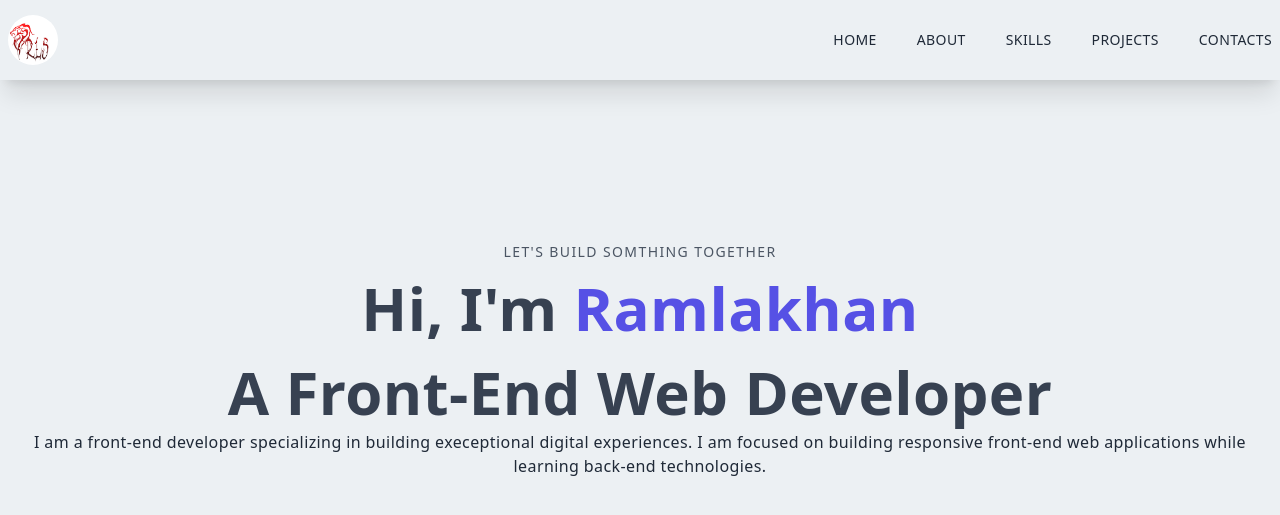
Repository: ram2642/portfolio-using-next-js
Page: /
An editor plug-in stored every save of this project. The page is shown before and after a run of saves, followed by the edit.
The browser window is 1280 px wide. The pictures show the whole page.
The project was rebuilt for these pictures with package versions that can differ from the ones it lists, and the page was loaded fresh each time. The framework's server and built-in components were replaced by stand-ins that run in the browser. Also part of the build but not shown: next.config.js.

Above is the page before, as saved 2022-09-04 01:56:36.

### pages/index.js
// import { Main } from 'next/document'
import Head from 'next/head'
import Image from 'next/image'
import Main from '../components/Main'
import Navbar from '../components/Navbar'


export default function Home() {
  return (
    <div className="">
      <Head>
        <title>Ramlakhan | Front-End Developer</title>
        <meta name="description" content="Generated by create next app" />
        <link rel="icon" href="/favicon.ico" />
      </Head>
      <Navbar/>
      <Main/>

    </div>
  )
}

### styles/globals.css
@tailwind base;
@tailwind components;
@tailwind utilities;


@layer base {
  body {
    @apply bg-[#ecf0f3] text-[#1f2937] tracking-wide
  }
  h1, h2, h3, h4, h5, h6 {
    @apply font-bold;
  }
  h1 {
    @apply text-4xl sm:text-5xl md:text-6xl;
  }
  h2 {
    @apply text-3xl sm:text-4xl;
  }
  li {
    @apply cursor-pointer;
  }
  button {
    @apply shadow-xl shadow-gray-400 rounded-xl uppercase bg-gradient-to-r from-[#5651e5] to-[#709dff] text-white
  }
  }

### components/Main.jsx
import React from 'react'

const Main = () => {
  return (
    <div className='w-full h-screen text-center'>
   <div className='max-w-[1240px] w-full h-full mx-auto p-2 flex justify-center items-center'>
    <div>
      <p className='uppercase text-sm tracking-widest text-gray-600'>Let's build somthing together</p>
      <h1 className='py-4 text-gray-700'>
        Hi, I'm <span className='text-[#5651e5]'> Ramlakhan</span>
      </h1>
      <h1 className='py-2 text-gray-700'>
        A Front-End Web Developer
      </h1>
      <p>
        I am a front-end developer specializing in building execeptional digital experiences. I am focused on building responsive front-end web applications while learning back-end technologies.
      </p>
    </div>

   </div>
    </div>
  )
}

export default Main

### components/Navbar.jsx
import Image from "next/image";
import React, { useState } from "react";
import Link from "next/link";
import { AiOutlineClose, AiOutlineMenu, AiOutlineMail } from "react-icons/ai";
import { FaLinkedinIn, FaGithub } from "react-icons/fa";
import { BsFillPersonLinesFill } from "react-icons/bs";

const Navbar = () => {
  const [nav, setNav] = useState(false);

  const handleNav = () => {
    setNav(!nav);
  };
  return (
    <div className="fixed w-full h-20 shadow-xl z-[100]">
      <div className="flex justify-between items-center w-full h-full px-2 2xl:px-16">
        <Image
          className="rounded-full cursor-pointer"
          src="data:[embedded picture, 6010 characters]"
          alt=""
          width="50"
          height="50"
        />
        <div>
          <ul className="hidden md:flex">
            <Link href="/">
              <li className="ml-10 text-sm uppercase hover:border-b">Home</li>
            </Link>
            <Link href="/">
              <li className="ml-10 text-sm uppercase hover:border-b">About</li>
            </Link>
            <Link href="/">
              <li className="ml-10 text-sm uppercase hover:border-b">Skills</li>
            </Link>
            <Link href="/">
              <li className="ml-10 text-sm uppercase hover:border-b">
                Projects
              </li>
            </Link>
            <Link href="/">
              <li className="ml-10 text-sm uppercase hover:border-b">
                Contacts
              </li>
            </Link>
          </ul>
          <div onClick={handleNav} className="md:hidden cursor-pointer">
            <AiOutlineMenu size={25} />
          </div>
        </div>
      </div>
      <div className={nav ? 'md:hidden fixed left-0 top-0 w-full h-screen bg-black/70' : ''}>
        <div className={nav ? "fixed left-0 top-0 w-[75%] sm:w-[60%] md:w-[45%] h-screen bg-[#ecf0f3] p-10 ease-in duration-500" : "fixed left-[-100%] top-0  p-10 ease-in duration-500"}>
          <div>
            <div className="flex w-full items-center justify-between">
              <Image
                className="rounded-full cursor-pointer"
                src="data:[embedded picture, 6010 characters]"
                alt=""
                width="50"
                height="50"
              />
              <div onClick={handleNav} className="rounded-full shadow-lg shadow-gray-400 p-3 cursor-pointer">
                <AiOutlineClose />
              </div>
            </div>
            <div className="border-b border-gray-300 my-4">
              <p className="w-[85%] md:w-[905] PY-4">
                Let's builds something legendary together
              </p>
            </div>
          </div>
          <div className="py-4 flex flex-col">
            <ul className="uppercase">
              <Link href="/">
                <li className="py-4 text-sm">Home</li>
              </Link>
              <Link href="/">
                <li className="py-4 text-sm">About</li>
              </Link>
              <Link href="/">
                <li className="py-4 text-sm">Skills</li>
              </Link>
              <Link href="/">
                <li className="py-4 text-sm">Projects</li>
              </Link>
              <Link href="/">
                <li className="py-4 text-sm">Contacts</li>
              </Link>
            </ul>
            <div className="pt-40">
              <p className="uppercase tracking-widest text-[#5651e5]">
                Let's Connect
              </p>
              <div className="flex items-center justify-between my-4 w-full sm:w-[80%]">
                <div className="rounded-full shadow-lg shadow-gray-400 p-3 cursor-pointer hover:scale-105 ease-in duration-300">
                  <FaLinkedinIn />
                </div>
                <div className="rounded-full shadow-lg shadow-gray-400 p-3 cursor-pointer hover:scale-105 ease-in duration-300">
                  <FaGithub />
                </div>
                <div className="rounded-full shadow-lg shadow-gray-400 p-3 cursor-pointer hover:scale-105 ease-in duration-300">
                  <AiOutlineMail />
                </div>
                <div className="rounded-full shadow-lg shadow-gray-400 p-3 cursor-pointer hover:scale-105 ease-in duration-300">
                  <BsFillPersonLinesFill />
                </div>
              </div>
            </div>
          </div>
        </div>
      </div>
    </div>
  );
};

export default Navbar;

Loaded but not shown: pages/_app.js (common file); tailwind.config.js (common file)

After the next 2 saves:
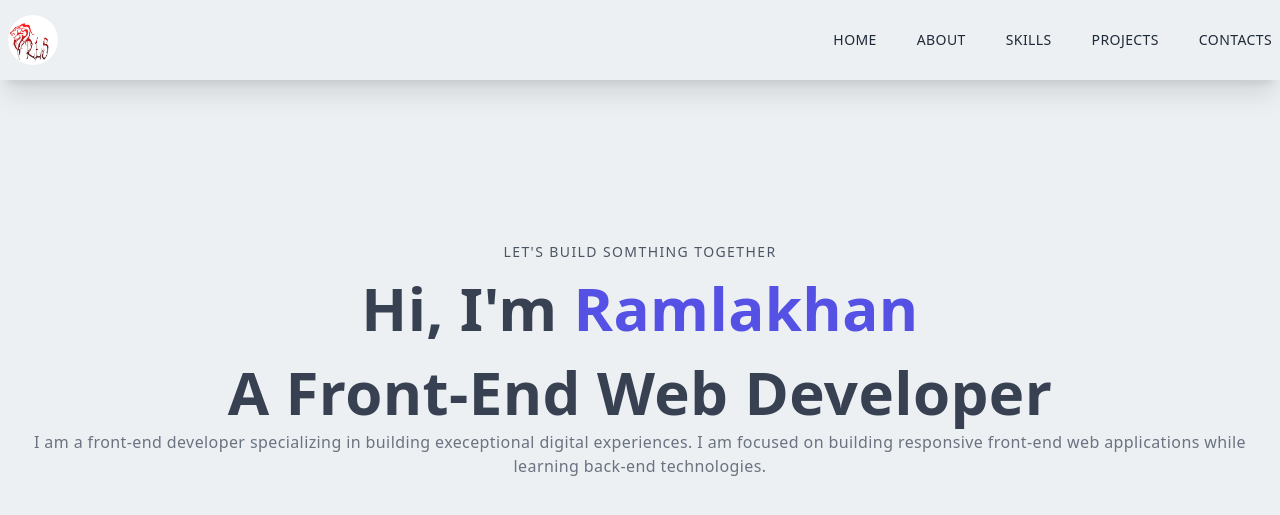
The 2 saves are shown as one change because they came seconds apart.
The last was saved 9 s later.
--- a/components/Main.jsx
+++ b/components/Main.jsx
@@ -12,7 +12,7 @@ const Main = () => {
       <h1 className='py-2 text-gray-700'>
         A Front-End Web Developer
       </h1>
-      <p>
+      <p className='text-gray-500'>
         I am a front-end developer specializing in building execeptional digital experiences. I am focused on building responsive front-end web applications while learning back-end technologies.
       </p>
     </div>
